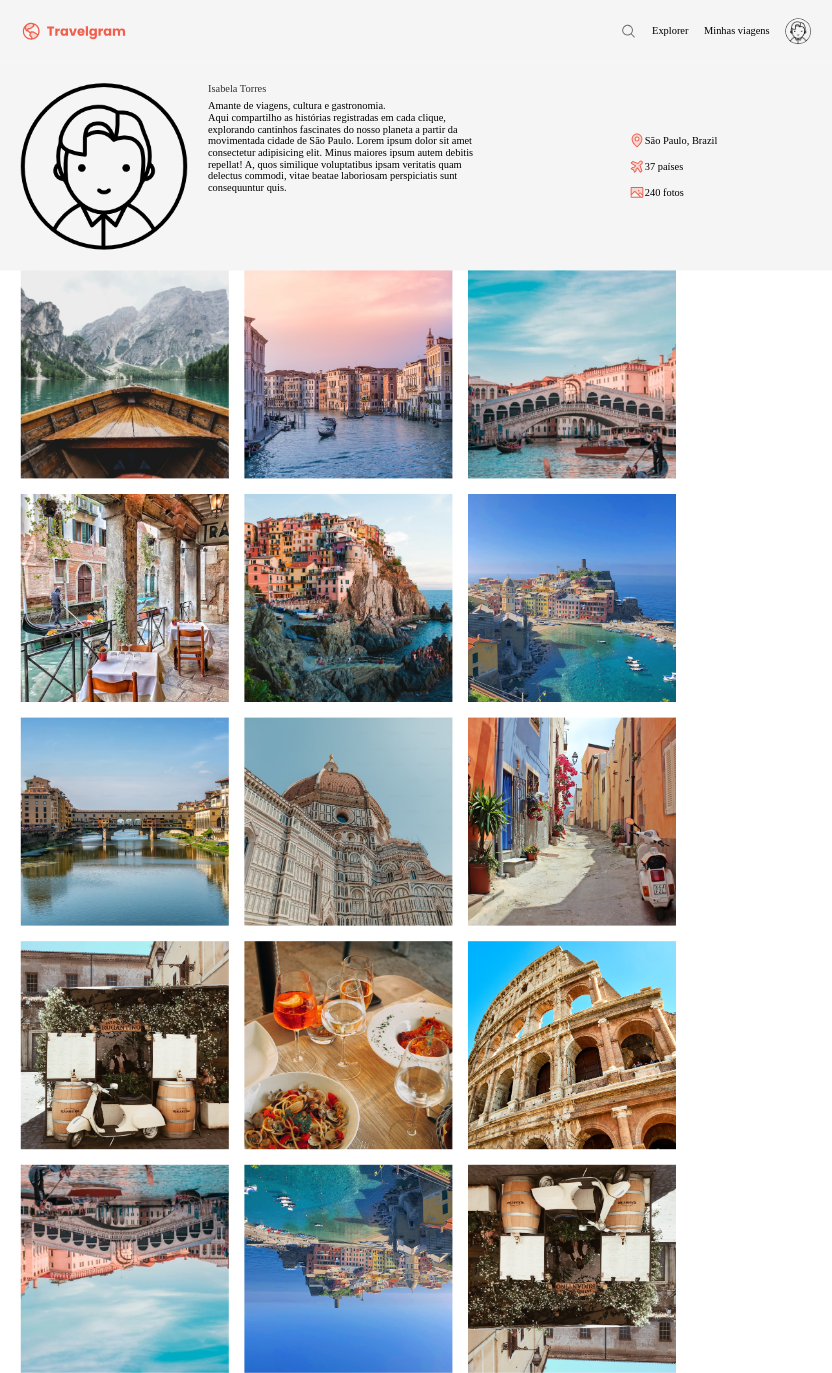
Repository: JeffRodFer/projeto-Travelgran-Rockeseat
Page: index.html
These files come from the project's save history. The page is drawn as it stood at one moment and after a run of saves; the edit follows.
The browser window is 1280 px wide. The pictures show the whole page, at 65% of full size.

Above is the page before, as saved 2025-03-22 17:04:55.

After the next 2 saves:
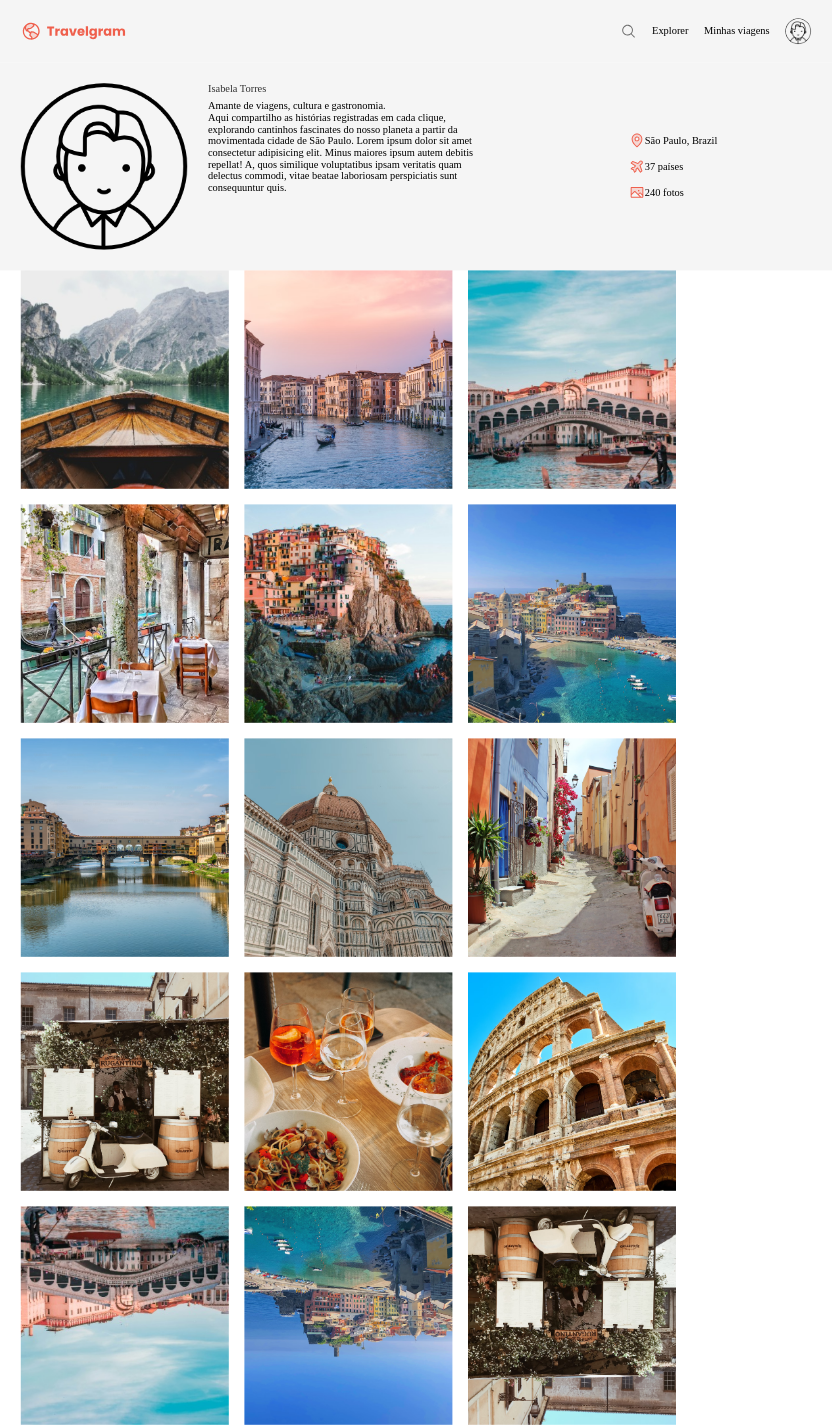
The 2 saves are shown as one change because they came seconds apart.
The last was saved 28 s later.
--- a/styles/main.css
+++ b/styles/main.css
@@ -5,7 +5,5 @@ main {
 }
 main img {
     width: 320px;
-    height: 320px;
+    height: 336px;
     object-fit: cover;
-
-}
